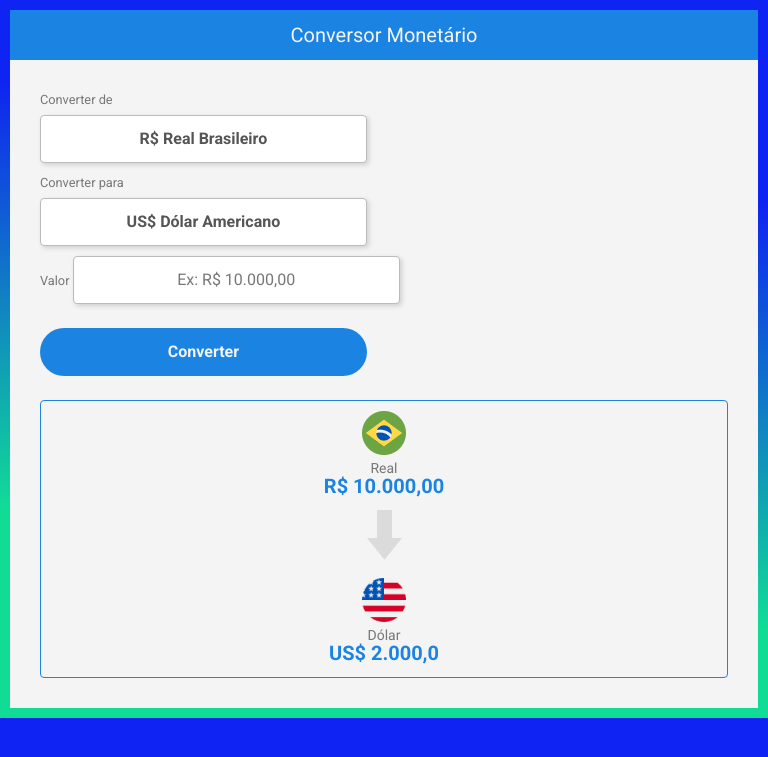
Repository: isayrous/coin-converter
Page: index.html
These files come from the project's save history. The page is drawn as it stood at one moment and after the next save; the edit follows.
The browser window is 768 px wide. The pictures show the whole page.

Above is the page before, as saved 2022-11-02 23:39:16.

After the next save:
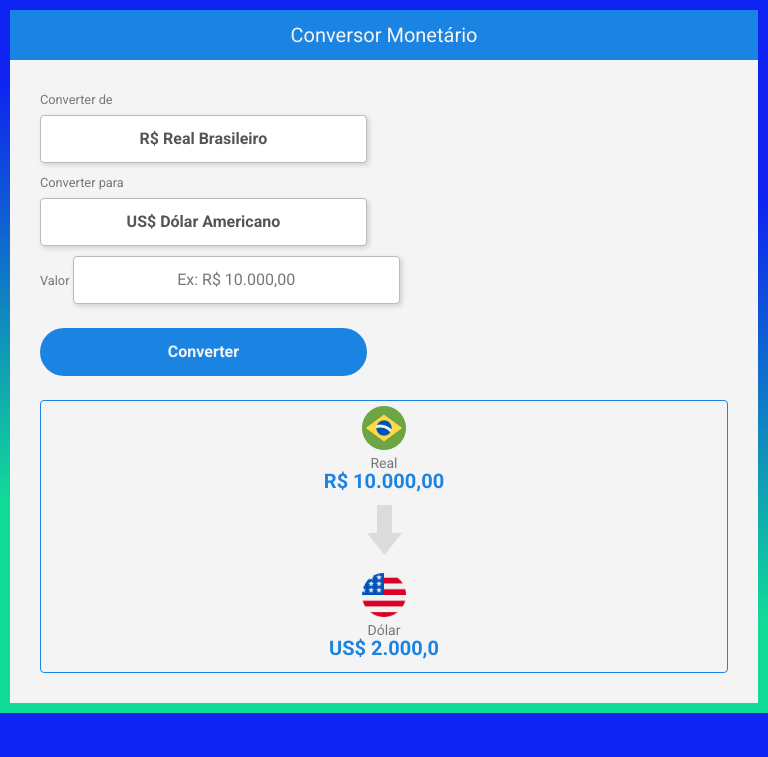
Saved 39 s later.
--- a/style.css
+++ b/style.css
@@ -167,22 +167,8 @@
         font-size: 1rem;
     }
 
-    button:hover {
-        opacity: 0.8;
-    }
-
-    button:active {
-        opacity: 0.7;
-    }
-
     section{
-        border: 1px solid #1B83E2;
-        border-radius: 4px;
-        padding-top: 10px;
-        display: flex;
-        flex-direction: column;
-        align-items: center;
-        text-align: center;
+        padding-top: 5px;
     }
 
     p {

After the save that followed:
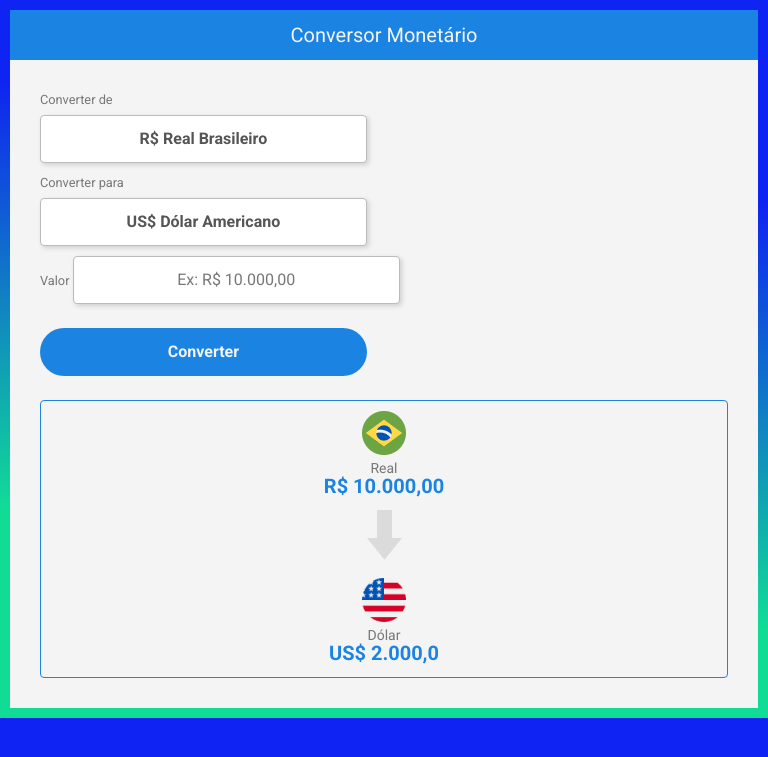
Saved 6 s later.
--- a/style.css
+++ b/style.css
@@ -168,7 +168,7 @@
     }
 
     section{
-        padding-top: 5px;
+        padding-top: 10px;
     }
 
     p {
